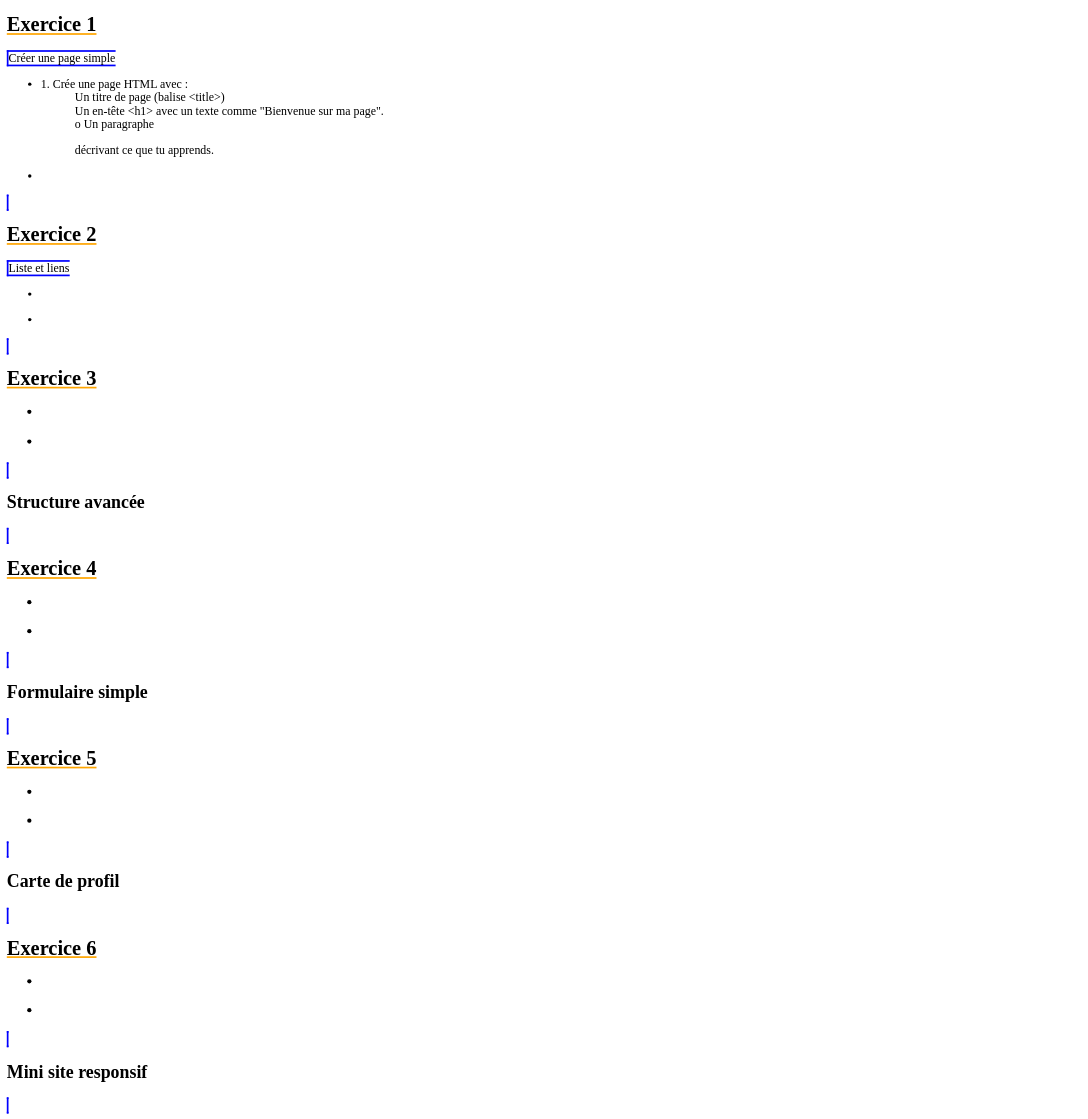
Repository: AnnaSpirit/Mimo_App
Page: Exercices_HTML&CSS.html
These files come from the project's save history. The page is drawn as it stood at one moment and after the next save; the edit follows.
The browser window is 1280 px wide. The pictures show the whole page, at 85% of full size.

Above is the page before, as saved 2024-12-05 16:47:11.

### Exercices_HTML&CSS.html
<!DOCTYPE html>
<html lang="en">
<head>
    <meta charset="UTF-8">
    <meta name="viewport" content="width=device-width, initial-scale=1.0">
    <link rel="stylesheet" href="styleCSS.css">
    <title>Document</title>
</head>
<body>
    <div>
        <h1>Exercice 1</h1>
    <span class="Consigne">Créer une page simple
    <ul>
        <li>1. Crée une page HTML avec :
            <ol>Un titre de page (balise &lt;title&gt;)</ol>
            <ol>Un en-tête &lt;h1&gt; avec un texte comme "Bienvenue sur ma page".</ol>
            <ol>o Un paragraphe <p> décrivant ce que tu apprends.</ol>
            <ol></ol>
        </li>
        <li>
            <ol></ol>
            <ol></ol>
            <ol></ol>
            <ol></ol>
        </li>
    </ul>
    </span>
    </div>
    <div>
        <h1>Exercice 2</h1>
    <span class="Consigne">Liste et liens
        <ul>
            <li>
                <ol></ol>
                <ol></ol>
                <ol></ol>
                <ol></ol>
            </li>
            <li>
                <ol></ol>
                <ol></ol>
                <ol></ol>
                <ol></ol>
            </li>
        </ul>

    </span>
    </div>
    <div>
        <h1>Exercice 3</h1>
        <ul>
            <li>
                <ol></ol>
                <ol></ol>
                <ol></ol>
                <ol></ol>
            </li>
            <li>
                <ol></ol>
                <ol></ol>
                <ol></ol>
                <ol></ol>
            </li>
        </ul>
    <span class="Consigne">
        <h2>Structure avancée</span>
    </div>
    <div>
        <h1>Exercice 4</h1>
        <ul>
            <li>
                <ol></ol>
                <ol></ol>
                <ol></ol>
                <ol></ol>
            </li>
            <li>
                <ol></ol>
                <ol></ol>
                <ol></ol>
                <ol></ol>
            </li>
        </ul>
    <span class="Consigne">
        <h2>Formulaire simple</span>
    </div>
    <div>
        <h1>Exercice 5</h1>
        <ul>
            <li>
                <ol></ol>
                <ol></ol>
                <ol></ol>
                <ol></ol>
            </li>
            <li>
                <ol></ol>
                <ol></ol>
                <ol></ol>
                <ol></ol>
            </li>
        </ul>
    <span class="Consigne">
        <h2>Carte de profil</span>
    </div>
    <div>
        <h1>Exercice 6</h1>
        <ul>
            <li>
                <ol></ol>
                <ol></ol>
                <ol></ol>
                <ol></ol>
            </li>
            <li>
                <ol></ol>
                <ol></ol>
                <ol></ol>
                <ol></ol>
            </li>
        </ul>
    <span class="Consigne">
        <h2>Mini site responsif</span>
    </div>
</body>
</html>

### styleCSS.css
h1{
    font-weight: bold;
    font-size: x-large;
    text-decoration: underline orange;
}
.Consigne{
    border: 2px solid blue;
    font-size: 14px;
}

After the next save:
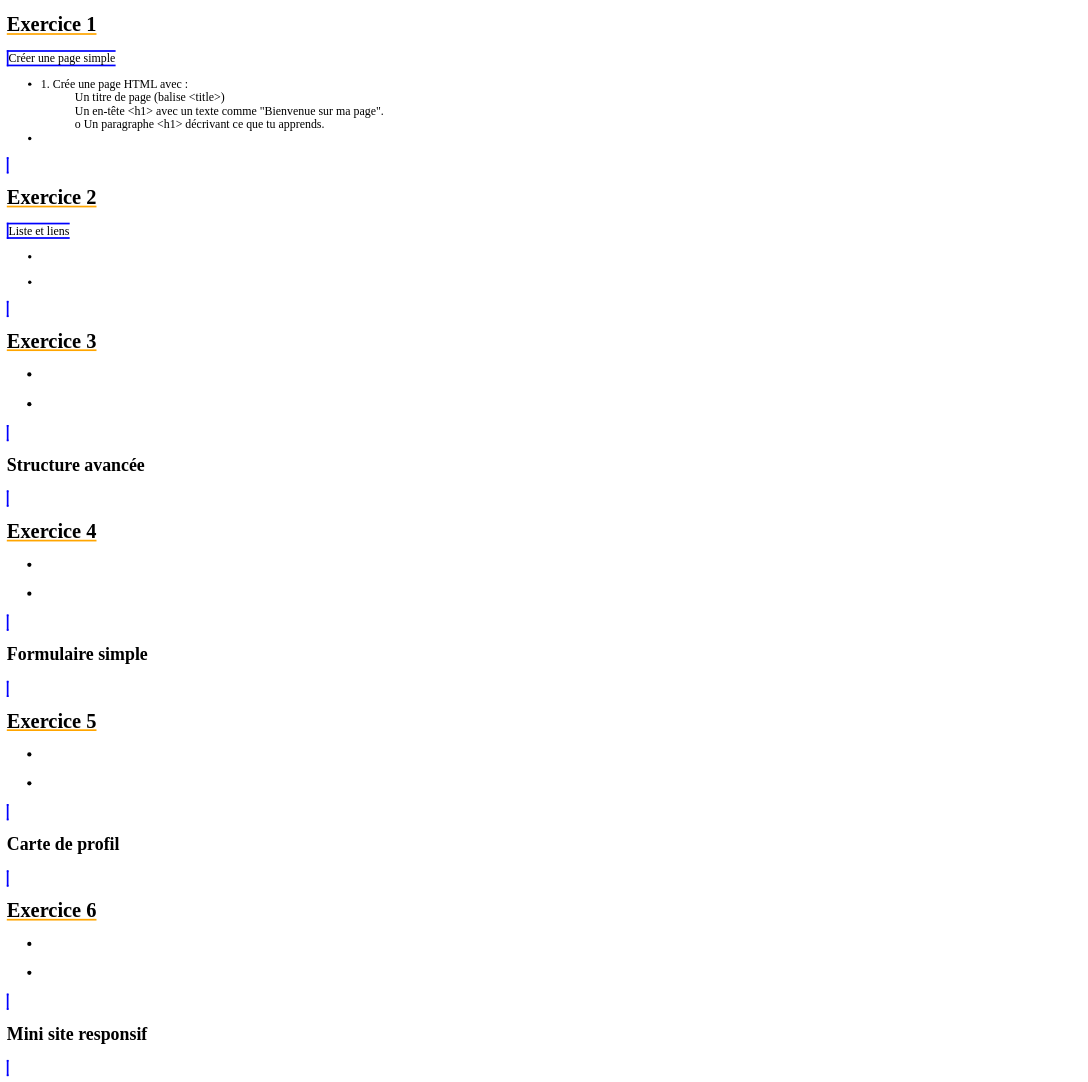
Saved 8 s later.
--- a/Exercices_HTML&CSS.html
+++ b/Exercices_HTML&CSS.html
@@ -14,7 +14,7 @@
         <li>1. Crée une page HTML avec :
             <ol>Un titre de page (balise &lt;title&gt;)</ol>
             <ol>Un en-tête &lt;h1&gt; avec un texte comme "Bienvenue sur ma page".</ol>
-            <ol>o Un paragraphe <p> décrivant ce que tu apprends.</ol>
+            <ol>o Un paragraphe &lt;h1&gt; décrivant ce que tu apprends.</ol>
             <ol></ol>
         </li>
         <li>
